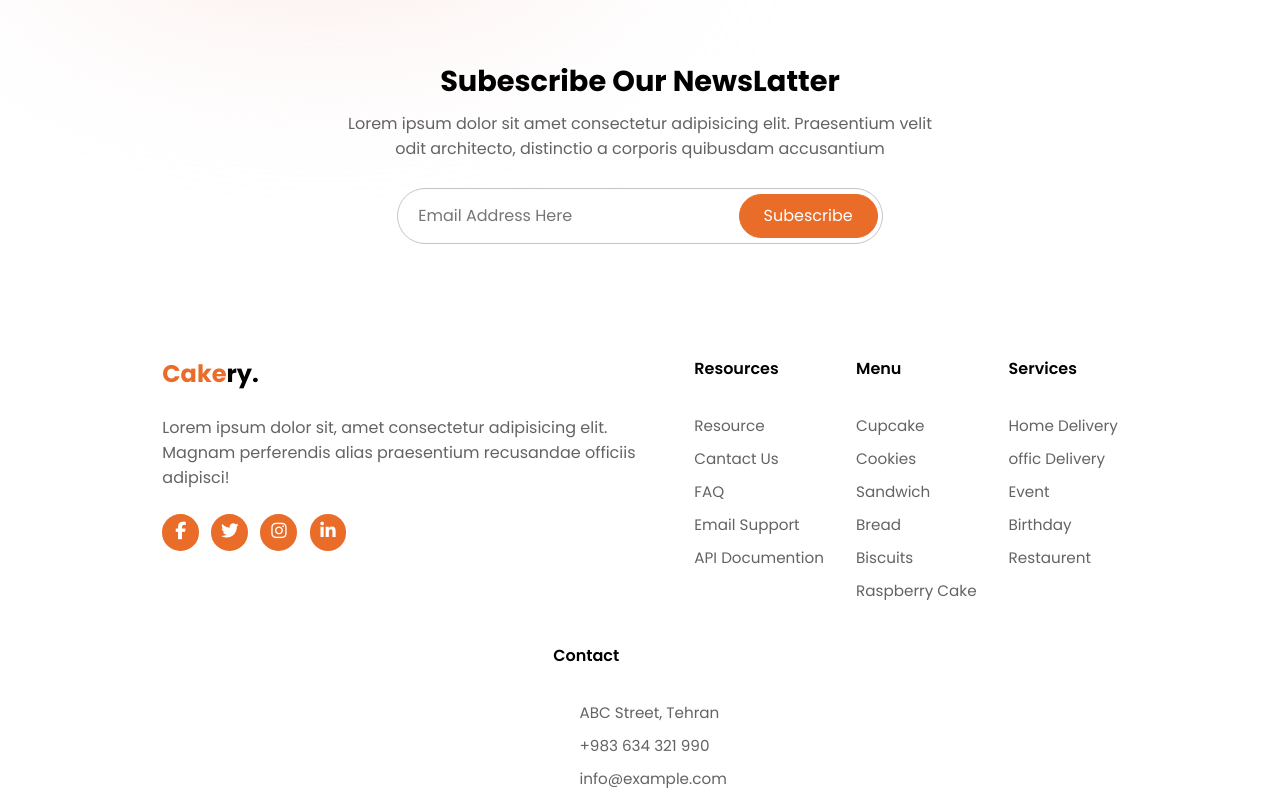
Repository: kingamirhosein100000-maker/cake.shop
Page: index.html
The author's editor kept a copy of each file at every save. The page is drawn from the files as they stood at one save, then again after a run of saves.
The browser window is 1280 px wide. The pictures show the part of the page from y = 4552 to 5351 px (the page is 5351 px tall before and 5163 px after).
A picture or video elsewhere on the page could not be fetched, so the positions and the page height are approximate. Some web libraries are served in a nearby version.

Above is the page before, as saved 2026-01-29 18:05:56.

After the next 2 saves:
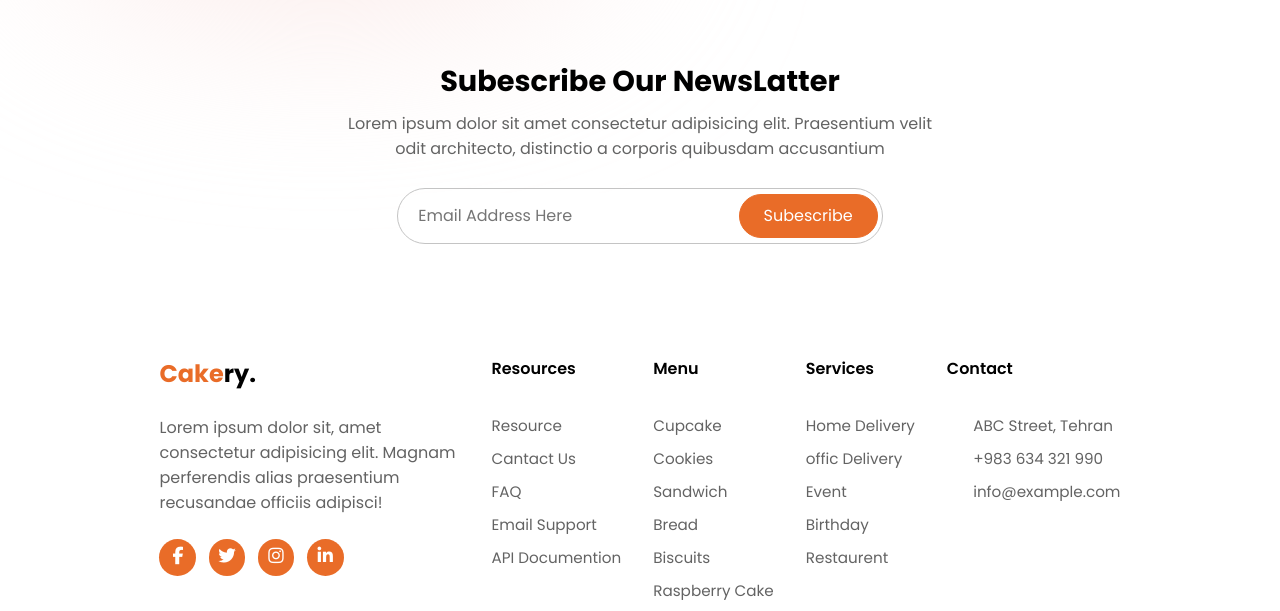
The 2 saves are shown as one change because they came seconds apart.
The last was saved 8 s later.
--- a/style.css
+++ b/style.css
@@ -340,5 +340,5 @@
                         margin-block:.5rem ;
                     }
 [data-type="balanced-txt"]{
-    min-width: 300px;
+    max-width: 300px;
 }
